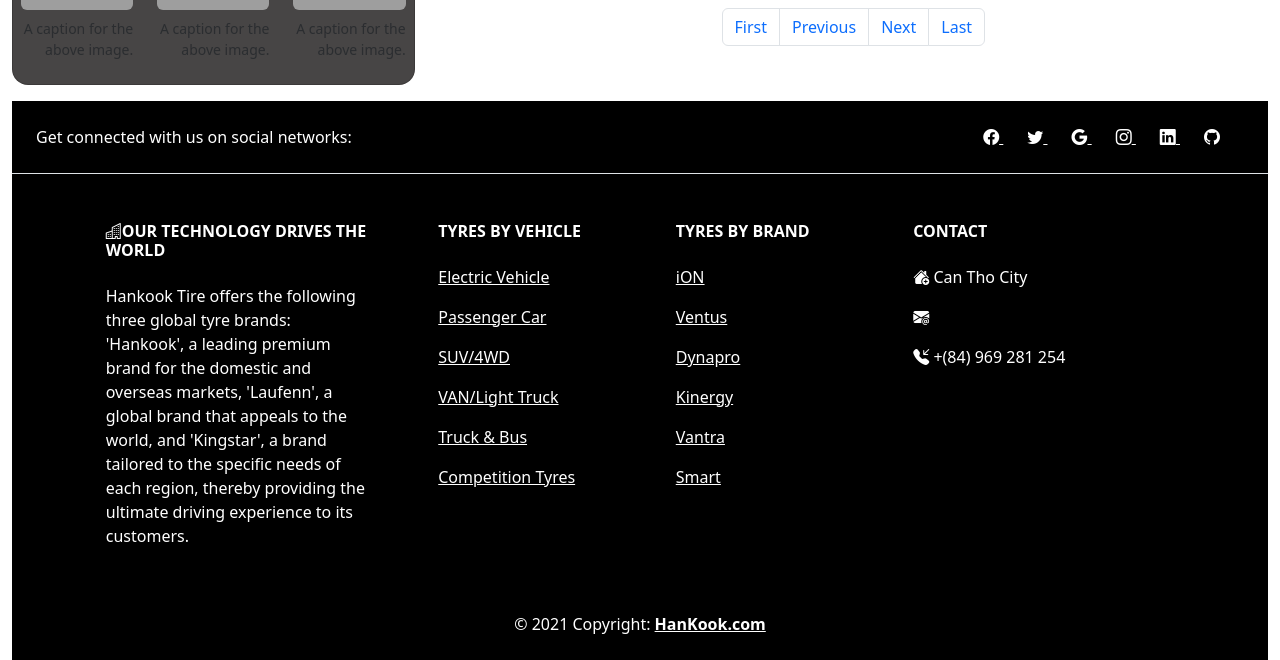
Repository: TrungAug/JAVA4
Page: myWeb/templates/editor.html
These files come from the project's save history. The page is drawn as it stood at one moment and after the next save; the edit follows.
The browser window is 1280 px wide. The pictures show the part of the page from y = 740 to 1400 px (the page is 1400 px tall).
Pictures or frames that could not be fetched are drawn as grey boxes. A picture or video elsewhere on the page could not be fetched, so the positions and the page height are approximate.

Above is the page before, as saved 2023-11-15 19:38:42.

After the next save:
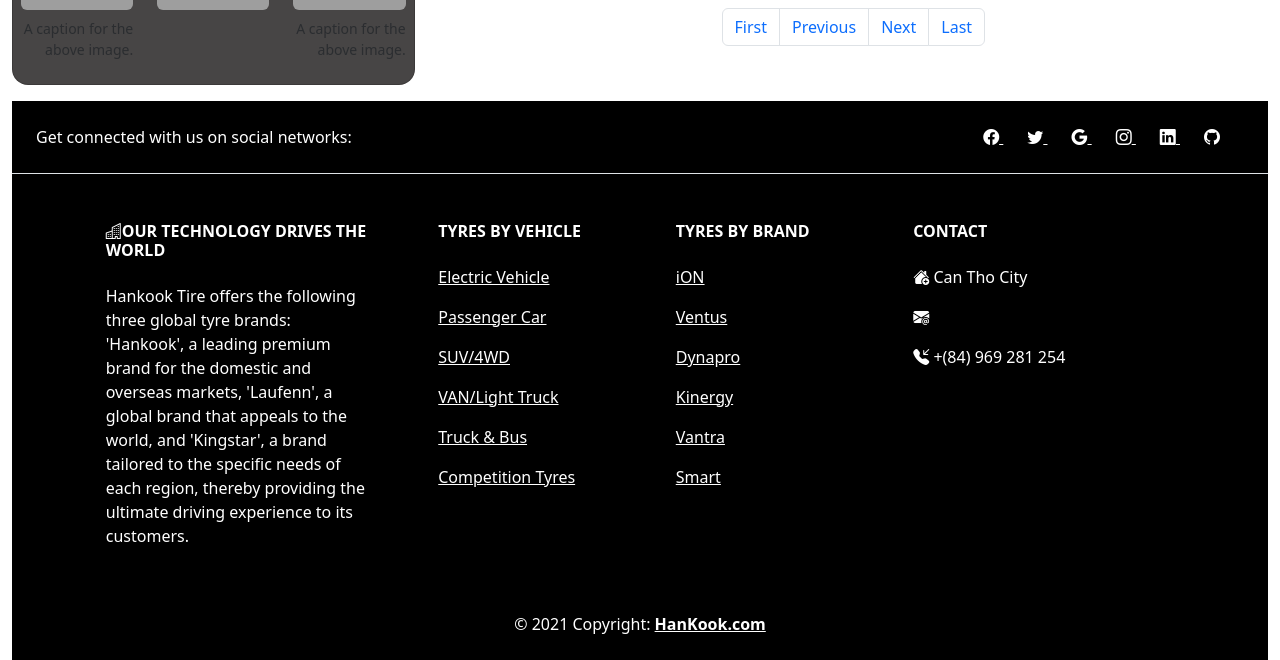
Saved 31 s later.
--- a/myWeb/templates/editor.html
+++ b/myWeb/templates/editor.html
@@ -130,13 +130,10 @@
                                         </figure>
                                     </div>
                                     <div class="col img-prod">
-                                        <figure class="figure">
-                                            <img src="https://asset.hankooktire.com/content/dam/hankooktire/eu/product/ion/ih01a/KV%20thumb(IH01)1.png"
-                                                class="figure-img img-fluid rounded" alt="..."
-                                                style="width: 150px;height: 150px;">
-                                            <figcaption class="figure-caption text-end">A caption for the above image.
-                                            </figcaption>
-                                        </figure>
+
+                                        <img src="https://asset.hankooktire.com/content/dam/hankooktire/eu/product/ion/ih01a/KV%20thumb(IH01)1.png"
+                                            class="figure-img img-fluid rounded" alt="..."
+                                            style="width: 150px;height: 150px;">
                                     </div>
                                     <div class="col img-prod">
                                         <figure class="figure">
